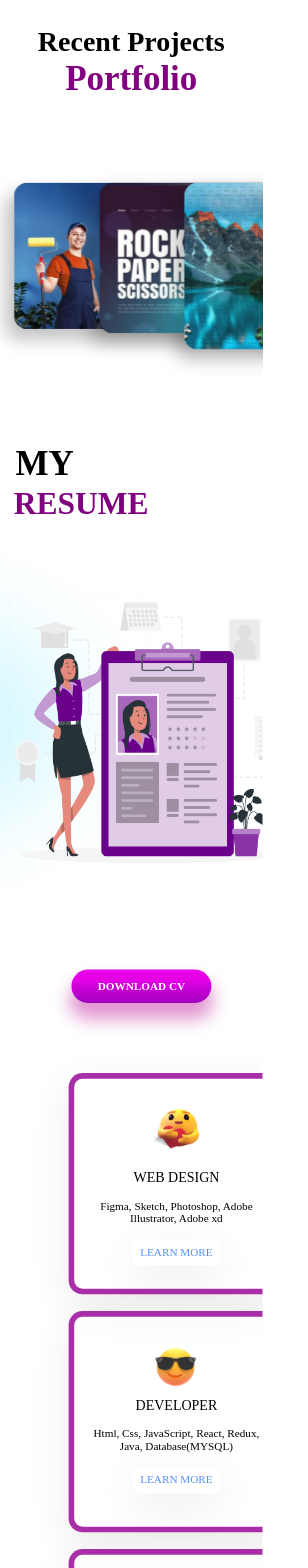
Repository: glorysandy/Protfolio
Page: /
The author's editor kept a copy of each file at every save. The page is drawn from the files as they stood at one save, then again after a run of saves.
The browser window is 375 px wide. The page is 440 px wide, so the pictures cover 440 px, including what lies to the right of the window. The pictures show the part of the page from y = 4260 to 6500 px (the page is 7423 px tall), at 70% of full size.
Some web fonts or font styles are not loaded; a fallback is used. The project was rebuilt for these pictures with package versions that can differ from the ones it lists, and the page was loaded fresh each time. Imported but missing from the stored project, and not drawn on this page: src/components/Services/SANDHIYA.P (RESUME).pdf.

Above is the page before, as saved 2024-10-17 16:20:23.

After the next 4 saves:
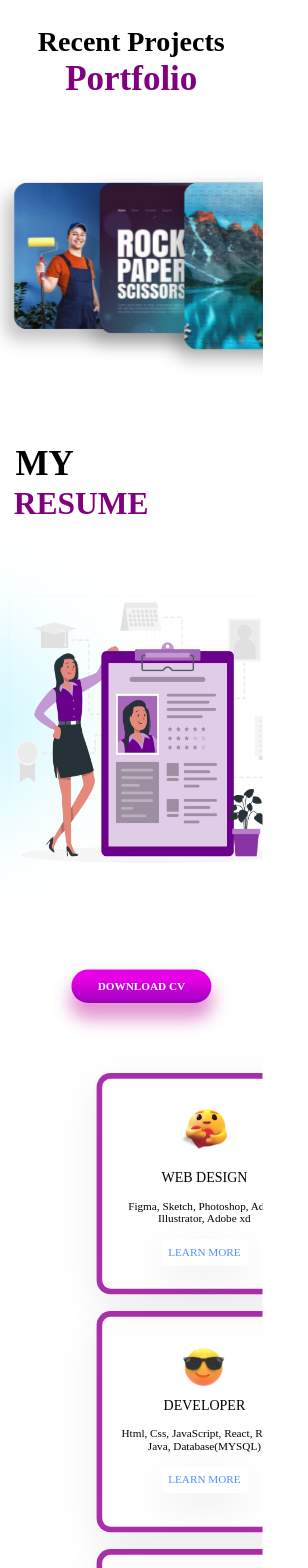
The 4 saves are shown as one change because they came seconds apart.
The last was saved 13 s later.
--- a/src/components/Services/Services.css
+++ b/src/components/Services/Services.css
@@ -84,7 +84,7 @@ font-weight: 600;
     gap: 17rem;
     width:260px ;
     justify-content: center;
-    margin-left: -2rem;
+    margin-left: -2remimportant
   }
   .cards > * {
     position: static;
